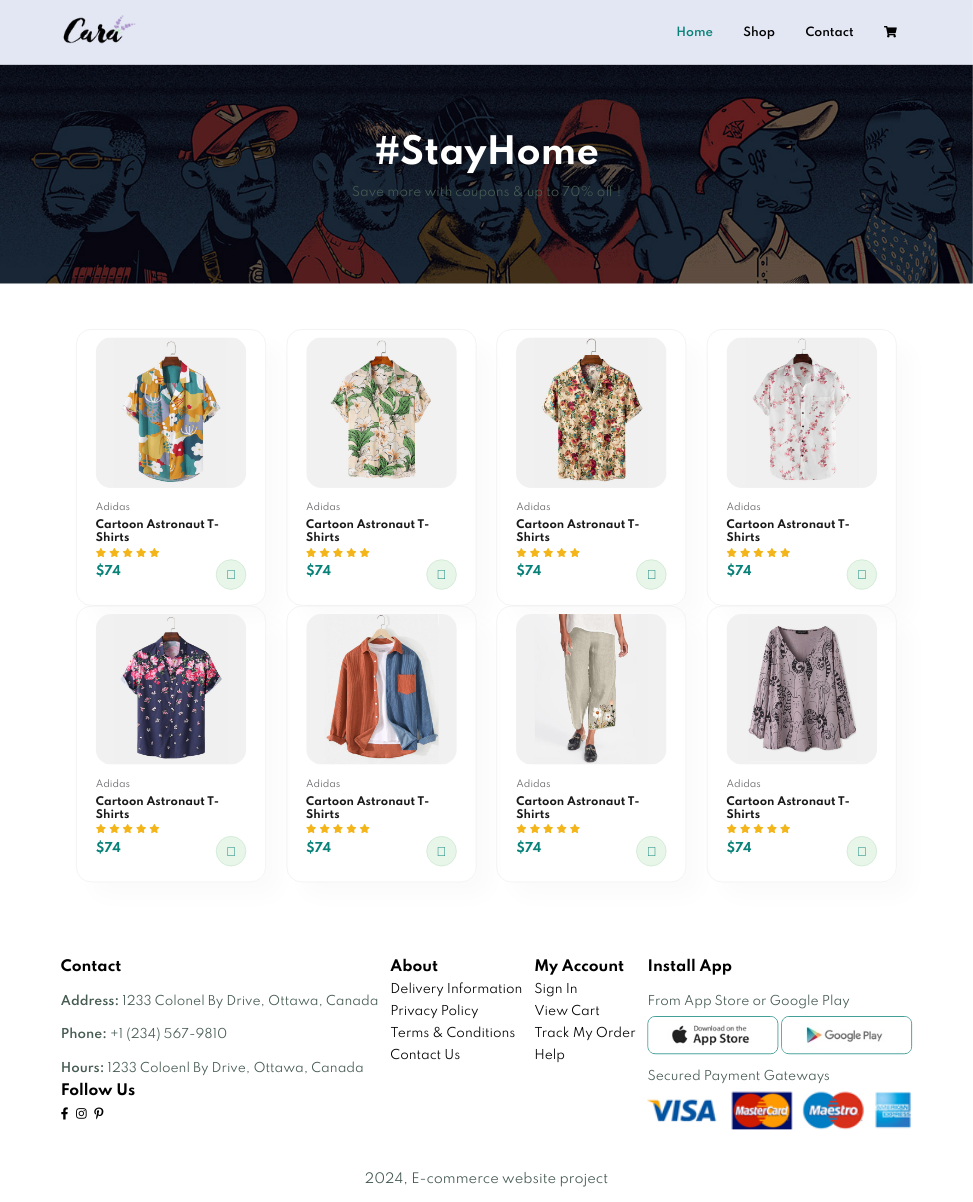
Repository: Daryllgio/E-Commerce-Website-UI
Page: shop.html
These files come from the project's save history. The page is drawn as it stood at one moment and after the next save; the edit follows.
The browser window is 1280 px wide. The pictures show the whole page, at 76% of full size.
Some web libraries are served in a nearby version.

Above is the page before, as saved 2025-01-01 09:17:25.

After the next save:
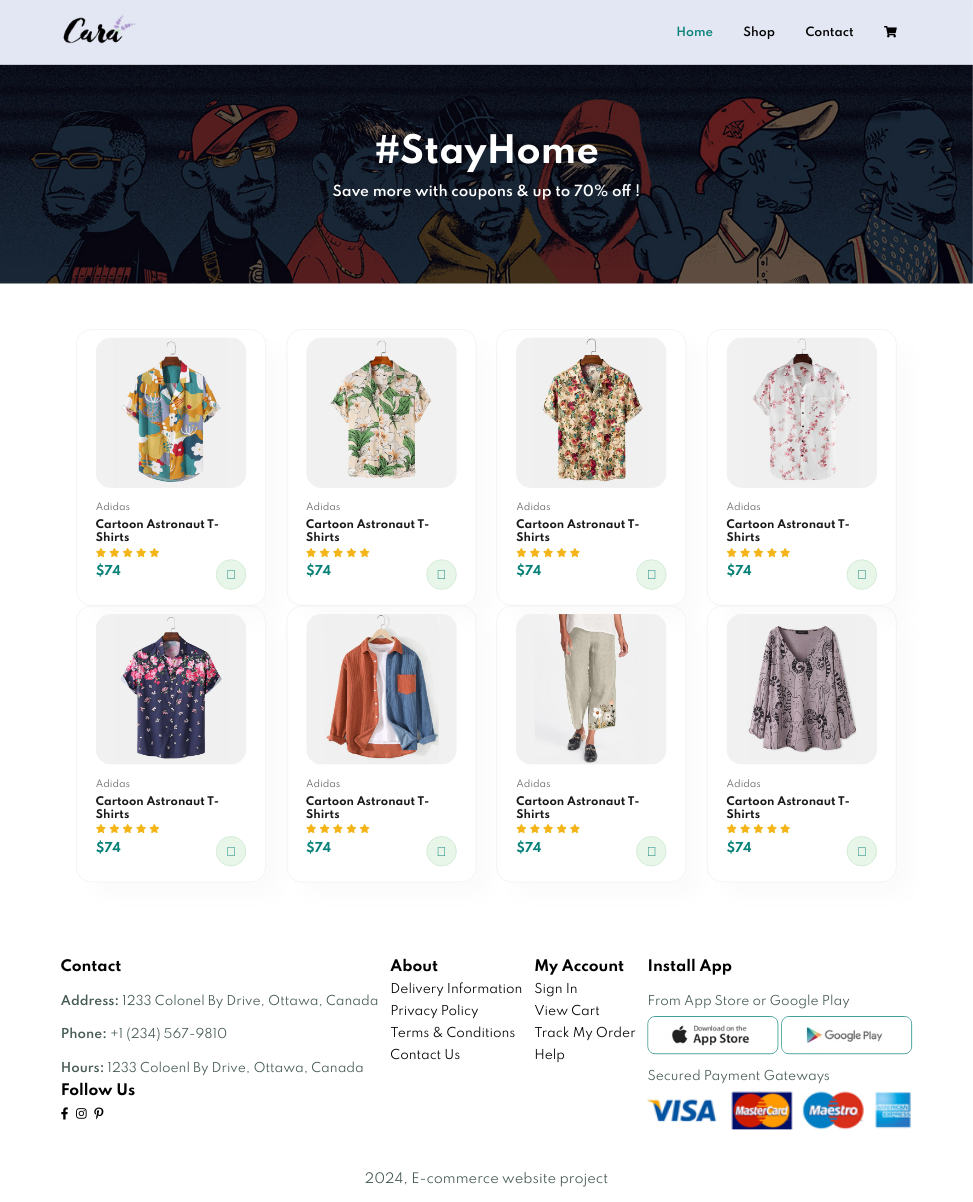
Saved 29 s later.
--- a/style.css
+++ b/style.css
@@ -539,5 +539,11 @@ body {
 }
 
 #ShopPagebanner h2 {
-  color: #fff
-}
+  color: #fff;
+}
+
+#ShopPagebanner p {
+  color: #fff;
+  font-size: 18px;
+  font-weight: 600;
+}
